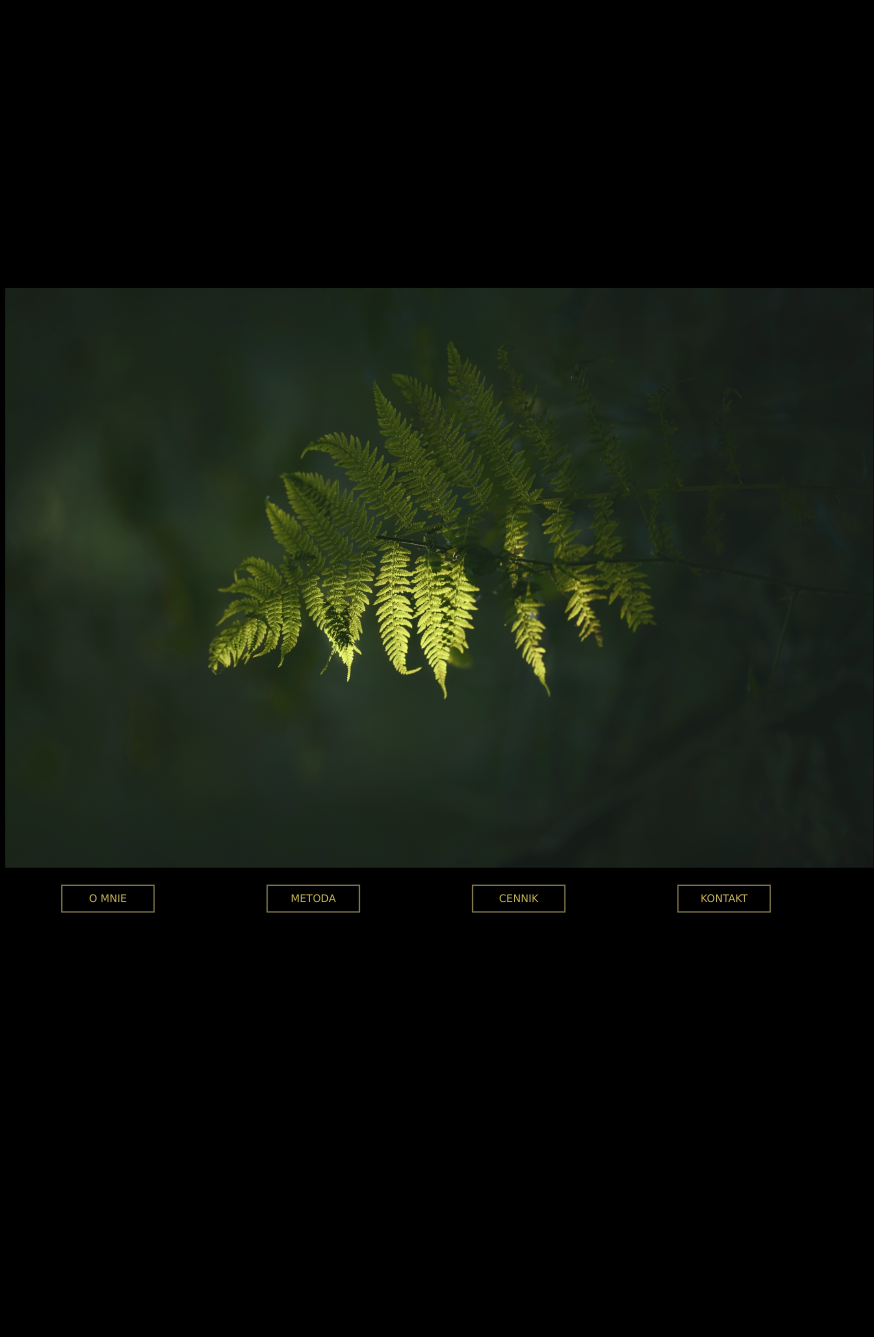
Repository: LechCieslak/Anna_Cieslak_v2.1
Page: index.html
The author's editor kept a copy of each file at every save. The page is drawn from the files as they stood at one save, then again after a run of saves.
The browser window is 1280 px wide. The page is 1344 px wide, so the pictures cover 1344 px, including what lies to the right of the window. The pictures show the whole page, at 65% of full size.

Above is the page before, as saved 2020-08-29 00:54:28.

After the next 6 saves:
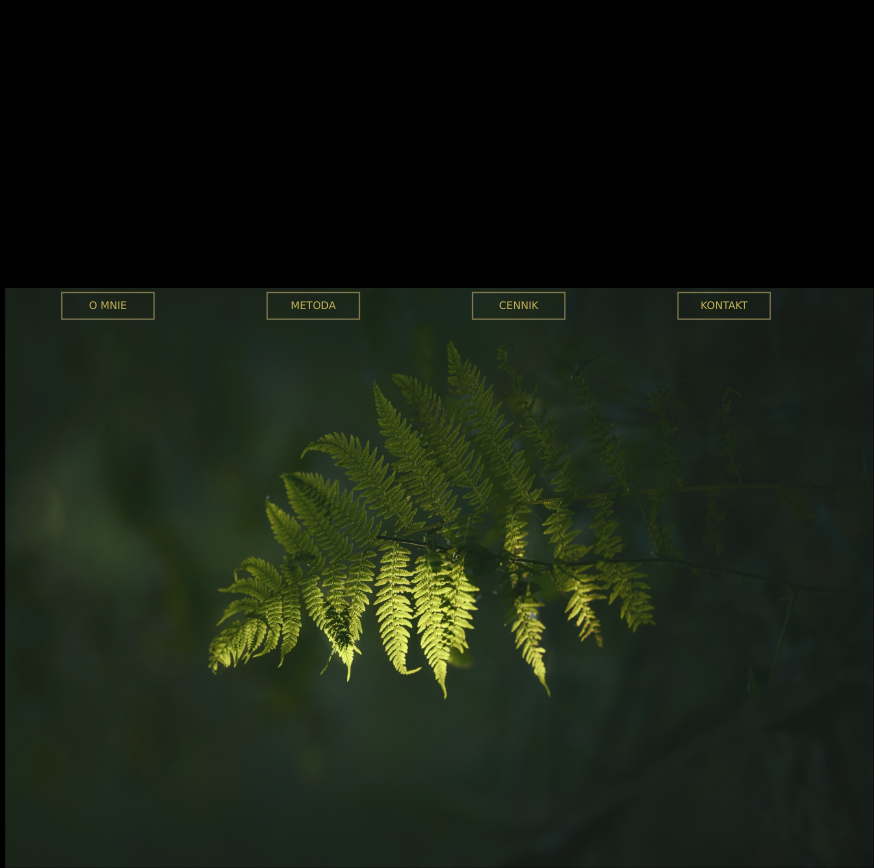
The 6 saves are shown as one change because they came seconds apart.
The last was saved 17 s later.
--- a/style.css
+++ b/style.css
@@ -25,7 +25,9 @@ body {
     z-index: 2;
 }
 
-con
+.container img {
+    position: absolute;
+}
 
 main {
     position: relative;
